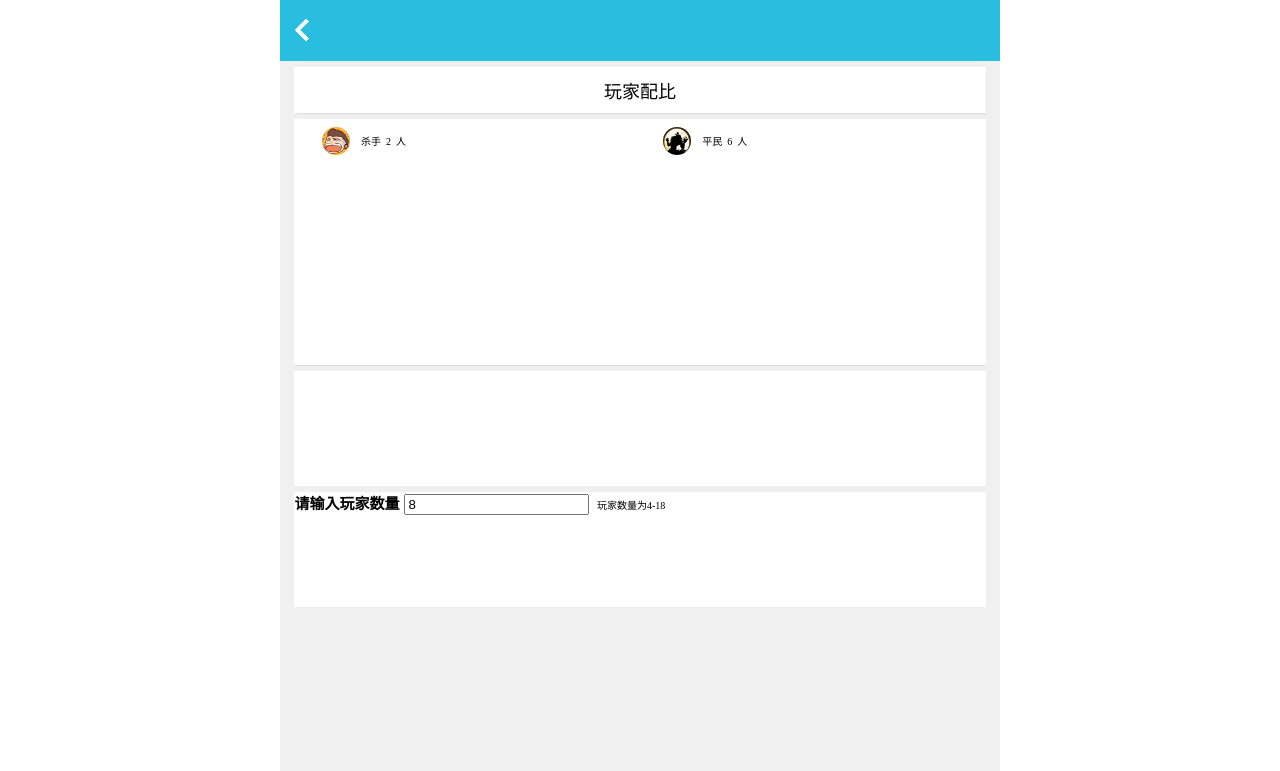
Repository: leozhangpd/My-Codes
Page: JS/two-project/deploy_page.html
The author's editor kept a copy of each file at every save. The page is drawn from the files as they stood at one save, then again after the next save.
The browser window is 1280 px wide. The pictures show the whole page.

Above is the page before, as saved 2020-11-09 17:10:05.

### JS/two-project/deploy_page.html
<!DOCTYPE html>
<html lang="en">
    <head>
        <meta charset="UTF-8">
        <meta name="viewport" content="width=device-width,initial-scale=1.0,maximum-scale=1.0,user-scalable=0" />
        <link rel="stylesheet" href="css/deploy_page.css" type="text/css">
        <title>匹配</title>
    </head>
    <body>
        <header>
            <a href='home_page.html'></a>
        </header>
        <main>
            <div class="title">玩家配比</div>
            <ul class="list">
                <li>
                    <img src="images/footman.png">
                    <span>杀手&nbsp;&nbsp;2&nbsp;&nbsp;人</span>
                </li>
                <li>
                    <img src="images/wolf.png">
                    <span>平民&nbsp;&nbsp;6&nbsp;&nbsp;人</span>
                </li>
            </ul>
            <div class="work-group"></div>
            <div class="player-number">
                <span>请输入玩家数量</span>&nbsp;
                <input type="number" value="8">&nbsp;&nbsp;
                <span>玩家数量为4-18</span>
            </div>
        </main>
        <footer></footer>
    </body>
</html>

### JS/two-project/css/deploy_page.css
ul{
    list-style-type: none;
    margin: 0;padding: 0;
}
button{
    outline: none;
    border:none;
}
html{
    font-size: 62.5%;
    background: #fff;
    height: 100vh;
}
body{
    height: 100%;
    margin:0 auto;
    padding-bottom: 4%;
    max-width: 720px;
    min-width: 320px;
    background: #f0f0f0;
}
header{
    padding: 3% 5% 3% 2.5%;
    background-color: #29bde0;
}
header>a{
    display: inline-block;
    padding: 8px;
    box-shadow: inset 4px -4px 0 0 #ffffff;
    transform: rotate(45deg);
}
header>button div{
    margin-top: .5rem;
    height: .3rem;
    background-color: #fff;
}
main{
    margin:0 auto;
    width: 96%;
}
main>*{background-color: #fff;}
.title{
    padding: 1rem 0;
    margin: .6rem 0;
    text-align: center;
    font-size: 1.8rem;
    font-weight: 540;
    box-shadow: 1px 2px 2px -1px rgb(218, 218, 218);
}
.list{
    min-height: 23rem;
    padding: 8px 0;
    box-shadow: 0 2px 0 -1px rgb(218, 218, 218);
}
.list>li{
    display: inline-block;
    width: 45%;
    margin-left: 4%;
}
.list img{
    float: left;
    width: 28px;
    border-radius: 50%;
}
.list>li>span{
    display: block;
    padding: 6px 0 0 39px;
}
.work-group,
.player-number{
    margin: .6rem 0;
    min-height: 11.5rem;
}
.player-number>span:nth-child(1){
    font-size: 1.5rem;
    font-weight: bold;
}
.player-number>input{
    width: 1.;
}

After the next save:
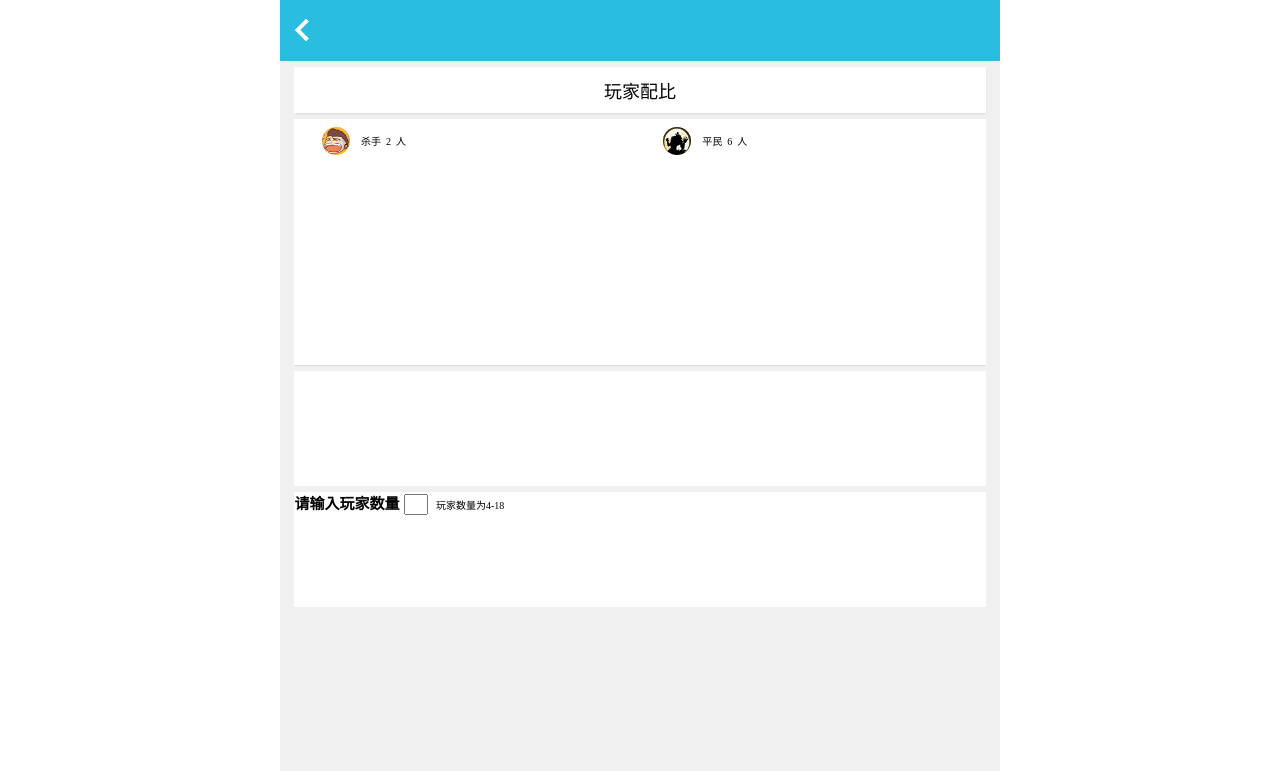
Saved 4 s later.
--- a/JS/two-project/css/deploy_page.css
+++ b/JS/two-project/css/deploy_page.css
@@ -76,5 +76,5 @@ main>*{background-color: #fff;}
     font-weight: bold;
 }
 .player-number>input{
-    width: 1.;
+    width: 1.6rem;
 }
